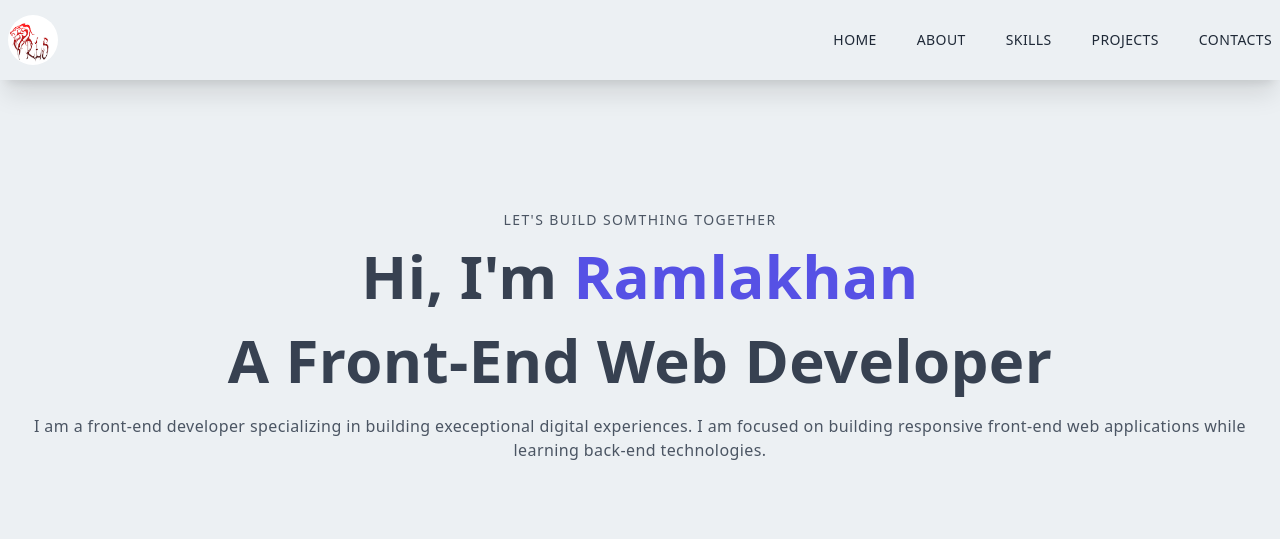
Repository: ram2642/portfolio-using-next-js
Page: /
These files come from the project's save history. The page is drawn as it stood at one moment and after a run of saves; the edit follows.
The browser window is 1280 px wide. The pictures show the whole page.
The project was rebuilt for these pictures with package versions that can differ from the ones it lists, and the page was loaded fresh each time. The framework's server and built-in components were replaced by stand-ins that run in the browser. Also part of the build but not shown: next.config.js.

Above is the page before, as saved 2022-09-04 02:00:09.

### pages/index.js
// import { Main } from 'next/document'
import Head from 'next/head'
import Image from 'next/image'
import Main from '../components/Main'
import Navbar from '../components/Navbar'


export default function Home() {
  return (
    <div className="">
      <Head>
        <title>Ramlakhan | Front-End Developer</title>
        <meta name="description" content="Generated by create next app" />
        <link rel="icon" href="/favicon.ico" />
      </Head>
      <Navbar/>
      <Main/>

    </div>
  )
}

### styles/globals.css
@tailwind base;
@tailwind components;
@tailwind utilities;


@layer base {
  body {
    @apply bg-[#ecf0f3] text-[#1f2937] tracking-wide
  }
  h1, h2, h3, h4, h5, h6 {
    @apply font-bold;
  }
  h1 {
    @apply text-4xl sm:text-5xl md:text-6xl;
  }
  h2 {
    @apply text-3xl sm:text-4xl;
  }
  li {
    @apply cursor-pointer;
  }
  button {
    @apply shadow-xl shadow-gray-400 rounded-xl uppercase bg-gradient-to-r from-[#5651e5] to-[#709dff] text-white
  }
  }

### components/Main.jsx
import React from 'react'

const Main = () => {
  return (
    <div className='w-full h-screen text-center'>
   <div className='max-w-[1240px] w-full h-full mx-auto p-2 flex justify-center items-center'>
    <div>
      <p className='uppercase text-sm tracking-widest text-gray-600'>Let's build somthing together</p>
      <h1 className='py-4 text-gray-700'>
        Hi, I'm <span className='text-[#5651e5]'> Ramlakhan</span>
      </h1>
      <h1 className='py-2 text-gray-700'>
        A Front-End Web Developer
      </h1>
      <p className='text-gray-600 py-4 max-w[70%] m-auto'>
        I am a front-end developer specializing in building execeptional digital experiences. I am focused on building responsive front-end web applications while learning back-end technologies.
      </p>
      <div className='flex items-center justify-between max-w-[330px] m-auto py-4'>
        <div>

        </div>

      </div>
    </div>

   </div>
    </div>
  )
}

export default Main

### components/Navbar.jsx
import Image from "next/image";
import React, { useState } from "react";
import Link from "next/link";
import { AiOutlineClose, AiOutlineMenu, AiOutlineMail } from "react-icons/ai";
import { FaLinkedinIn, FaGithub } from "react-icons/fa";
import { BsFillPersonLinesFill } from "react-icons/bs";

const Navbar = () => {
  const [nav, setNav] = useState(false);

  const handleNav = () => {
    setNav(!nav);
  };
  return (
    <div className="fixed w-full h-20 shadow-xl z-[100]">
      <div className="flex justify-between items-center w-full h-full px-2 2xl:px-16">
        <Image
          className="rounded-full cursor-pointer"
          src="data:[embedded picture, 6010 characters]"
          alt=""
          width="50"
          height="50"
        />
        <div>
          <ul className="hidden md:flex">
            <Link href="/">
              <li className="ml-10 text-sm uppercase hover:border-b">Home</li>
            </Link>
            <Link href="/">
              <li className="ml-10 text-sm uppercase hover:border-b">About</li>
            </Link>
            <Link href="/">
              <li className="ml-10 text-sm uppercase hover:border-b">Skills</li>
            </Link>
            <Link href="/">
              <li className="ml-10 text-sm uppercase hover:border-b">
                Projects
              </li>
            </Link>
            <Link href="/">
              <li className="ml-10 text-sm uppercase hover:border-b">
                Contacts
              </li>
            </Link>
          </ul>
          <div onClick={handleNav} className="md:hidden cursor-pointer">
            <AiOutlineMenu size={25} />
          </div>
        </div>
      </div>
      <div className={nav ? 'md:hidden fixed left-0 top-0 w-full h-screen bg-black/70' : ''}>
        <div className={nav ? "fixed left-0 top-0 w-[75%] sm:w-[60%] md:w-[45%] h-screen bg-[#ecf0f3] p-10 ease-in duration-500" : "fixed left-[-100%] top-0  p-10 ease-in duration-500"}>
          <div>
            <div className="flex w-full items-center justify-between">
              <Image
                className="rounded-full cursor-pointer"
                src="data:[embedded picture, 6010 characters]"
                alt=""
                width="50"
                height="50"
              />
              <div onClick={handleNav} className="rounded-full shadow-lg shadow-gray-400 p-3 cursor-pointer">
                <AiOutlineClose />
              </div>
            </div>
            <div className="border-b border-gray-300 my-4">
              <p className="w-[85%] md:w-[905] PY-4">
                Let's builds something legendary together
              </p>
            </div>
          </div>
          <div className="py-4 flex flex-col">
            <ul className="uppercase">
              <Link href="/">
                <li className="py-4 text-sm">Home</li>
              </Link>
              <Link href="/">
                <li className="py-4 text-sm">About</li>
              </Link>
              <Link href="/">
                <li className="py-4 text-sm">Skills</li>
              </Link>
              <Link href="/">
                <li className="py-4 text-sm">Projects</li>
              </Link>
              <Link href="/">
                <li className="py-4 text-sm">Contacts</li>
              </Link>
            </ul>
            <div className="pt-40">
              <p className="uppercase tracking-widest text-[#5651e5]">
                Let's Connect
              </p>
              <div className="flex items-center justify-between my-4 w-full sm:w-[80%]">
                <div className="rounded-full shadow-lg shadow-gray-400 p-3 cursor-pointer hover:scale-105 ease-in duration-300">
                  <FaLinkedinIn />
                </div>
                <div className="rounded-full shadow-lg shadow-gray-400 p-3 cursor-pointer hover:scale-105 ease-in duration-300">
                  <FaGithub />
                </div>
                <div className="rounded-full shadow-lg shadow-gray-400 p-3 cursor-pointer hover:scale-105 ease-in duration-300">
                  <AiOutlineMail />
                </div>
                <div className="rounded-full shadow-lg shadow-gray-400 p-3 cursor-pointer hover:scale-105 ease-in duration-300">
                  <BsFillPersonLinesFill />
                </div>
              </div>
            </div>
          </div>
        </div>
      </div>
    </div>
  );
};

export default Navbar;

Loaded but not shown: pages/_app.js (common file); tailwind.config.js (common file)

After the next 3 saves:
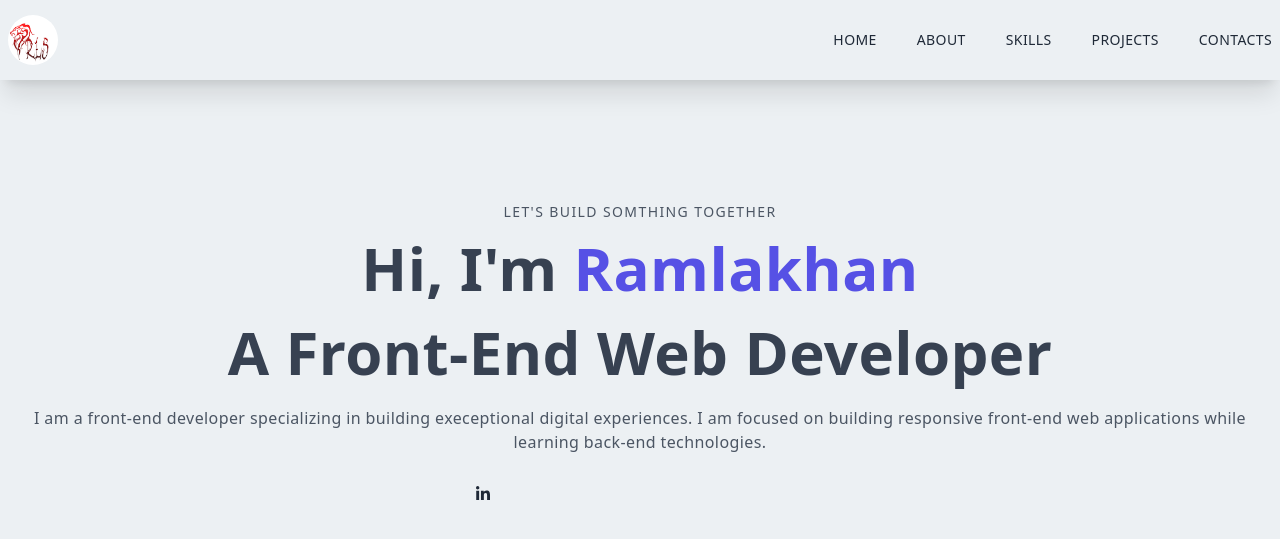
The 3 saves are shown as one change because 2 did not build or start.
The last was saved 18 s later.
--- a/components/Main.jsx
+++ b/components/Main.jsx
@@ -1,4 +1,5 @@
 import React from 'react'
+import { FaLinkedinIn } from 'react-icons/fa'
 
 const Main = () => {
   return (
@@ -17,7 +18,7 @@ const Main = () => {
       </p>
       <div className='flex items-center justify-between max-w-[330px] m-auto py-4'>
         <div>
-
+          <FaLinkedinIn />
         </div>
 
       </div>
